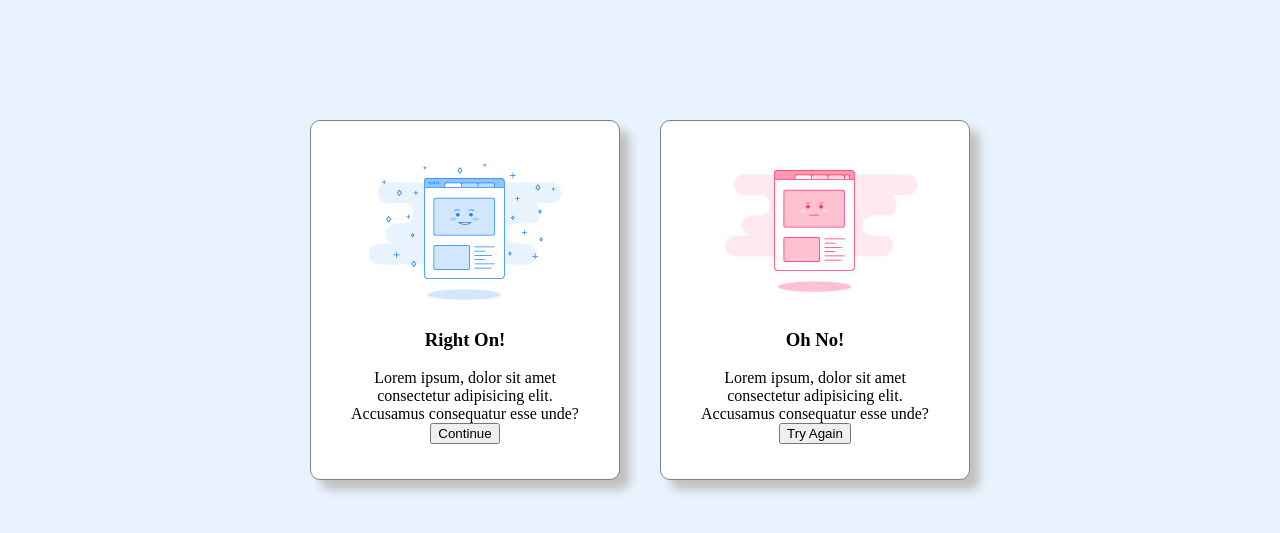
Repository: giahuy405/flash_message_BEM
Page: index.html
The author's editor kept a copy of each file at every save. The page is drawn from the files as they stood at one save, then again after the next save.
The browser window is 1280 px wide. The pictures show the whole page.

Above is the page before, as saved 2022-09-06 02:33:29.

### index.html
<!DOCTYPE html>
<html lang="en">
<head>
    <meta charset="UTF-8">
    <meta http-equiv="X-UA-Compatible" content="IE=edge">
    <meta name="viewport" content="width=device-width, initial-scale=1.0">
    <title>Document</title>
    <link rel="stylesheet" href="css/index.css">
</head>
<body>
        <!--
        code về phần flash message và áp dụng BEM Block Element Modifier
        Ví dụ :
        Laptop là Block ( 1 khối lớn )

        Thì các Element ( thành phần ) sẽ là : keyboard, mouse, screen, touch-pad
        Block Element : Laptop__keyboard, Laptop__mouse....

        Modifer ( biến thể khác ) sẽ là : loại của chúng như to, nhỏ, hãng,...
        Block Modifier : Laptop--big, Laptop--small,
        Block Element Modifier : Laptop__keyboard--apple , Laptop__touch-pad--smooth,...
    -->
        <!-- Block: flash message
        Element: img, title, desc (description), button
        Modifier: primary, secondary

        Block 1 & block 2
        flash-message
        flash-message__img, flash-message__title, flash-message__desc, flash-message__button

        Block 1: flash-message__title--primary -->


        <div class="container">
            <div class="flash-message__padding">
                <div class="flash-message">
                    <div class="flash-message__img">
                        <img src="./ui_ux_blue.jpg" alt="">
                    </div>
                    <div class="flash-message__title">
                        <h3>Right On!</h3>
                    </div>
                    <div class="flash-message__desc">
                        Lorem ipsum, dolor sit amet consectetur adipisicing elit. Accusamus consequatur esse unde?
                    </div>
                    <button class="flash-message__button">Continue</button>
                </div>
            </div>
            <div class="flash-message__padding">

                    <div class="flash-message">
                        <div class="flash-message__img">
                            <img src="./ui_ux_pink.jpg" alt="">
                        </div>
                        <div class="flash-message__title">
                            <h3>Oh No!</h3>
                        </div>
                        <div class="flash-message__desc">
                            Lorem ipsum, dolor sit amet consectetur adipisicing elit. Accusamus consequatur esse unde?
                        </div>
                        <button class="flash-message__button">Try Again</button>
                    </div>

            </div>
             <div class="clear"></div>
        </div>

</body>
</html>

### css/index.css
*{
    box-sizing: border-box;
}
body{
    padding: 0;
    margin: 0;
    background-color: #e8f3fe;
}
.clear{
    clear: both;
}
.container{
    width: 700px;
    height: auto;
    margin:auto;
    margin-top: 100px;
}
 .flash-message__padding{
    float: left;
    width: 50%;
    padding: 20px;
}
.flash-message{
    border: 1px solid gray;
    background-color: white;
    border-radius: 10px;
    padding: 35px 30px;
    box-shadow: 10px 10px 10px rgb(193, 193, 193);
    text-align: center;
}

After the next save:
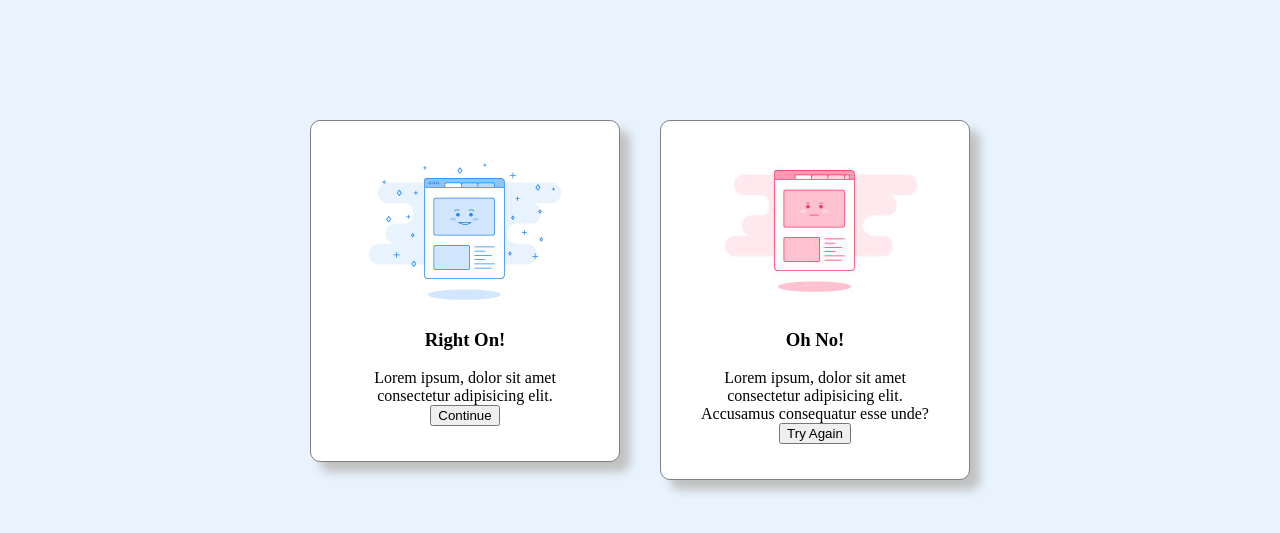
Saved 8 s later.
--- a/index.html
+++ b/index.html
@@ -41,7 +41,7 @@
                         <h3>Right On!</h3>
                     </div>
                     <div class="flash-message__desc">
-                        Lorem ipsum, dolor sit amet consectetur adipisicing elit. Accusamus consequatur esse unde?
+                        Lorem ipsum, dolor sit amet consectetur adipisicing elit.
                     </div>
                     <button class="flash-message__button">Continue</button>
                 </div>
